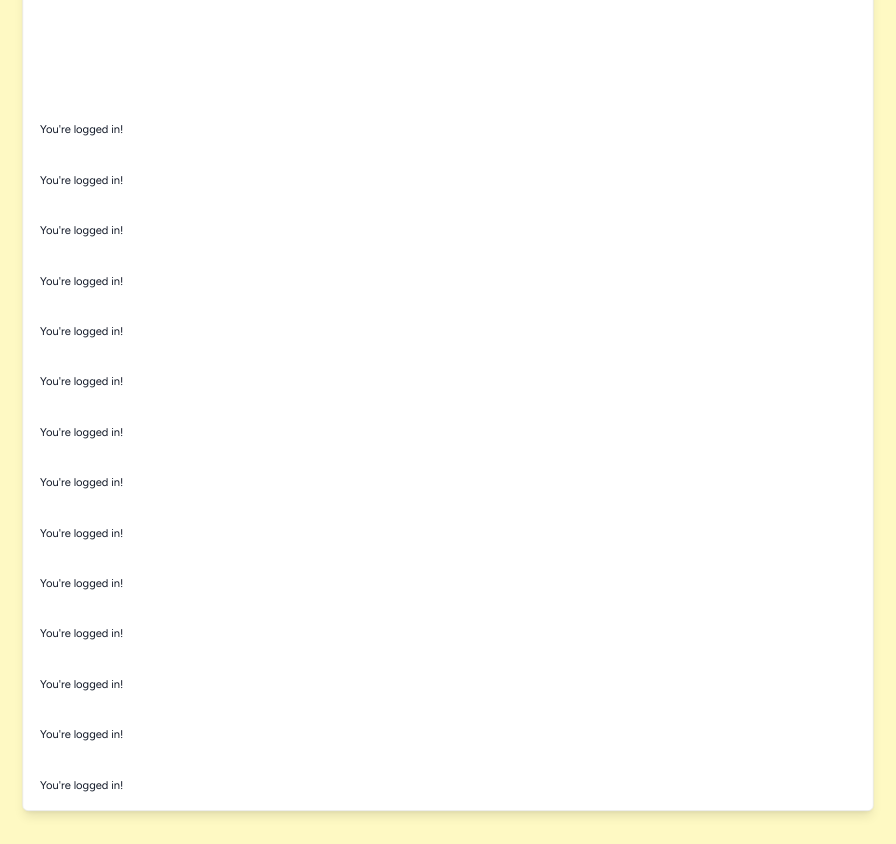
Repository: RudyAnconi/grocery
Page: resources/views/dashboard.blade.php
The author's editor kept a copy of each file at every save. The page is drawn from the files as they stood at one save, then again after the next save.
The browser window is 1280 px wide. The pictures show the part of the page from y = 652 to 2572 px (the page is 1858 px tall before and 5170 px after), at 70% of full size.
The page is served by the project's Laravel application, run on PHP 8.4 with Laravel 12. Style sheets and scripts are compiled from the project's sources, by tool versions that may differ from the author's. The template is opened directly, without the code that normally fills it, so the values that code supplies are empty.

Above is the page before, as saved 2024-06-07 20:43:10.

After the next save:
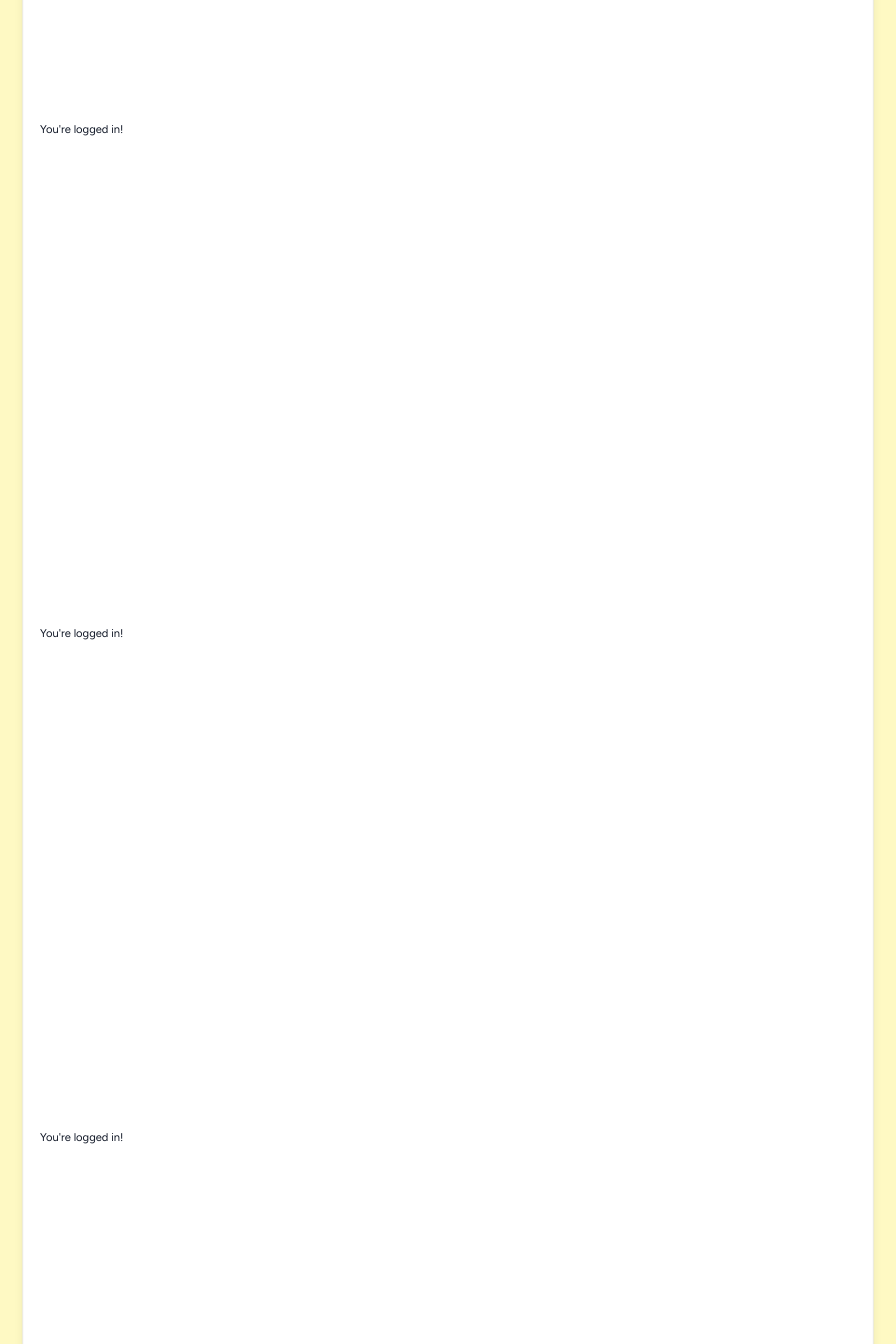
Saved 12 s later.
--- a/resources/views/dashboard.blade.php
+++ b/resources/views/dashboard.blade.php
@@ -11,46 +11,22 @@
                 <div class="p-6 text-gray-900 h-screen">
                     {{ __("You're logged in!") }}
                 </div>
-                <div class="p-6 text-gray-900">
+                <div class="p-6 text-gray-900 h-screen">
                     {{ __("You're logged in!") }}
                 </div>
-                <div class="p-6 text-gray-900">
+                <div class="p-6 text-gray-900 h-screen">
                     {{ __("You're logged in!") }}
                 </div>
-                <div class="p-6 text-gray-900">
+                <div class="p-6 text-gray-900 h-screen">
                     {{ __("You're logged in!") }}
                 </div>
-                <div class="p-6 text-gray-900">
+                <div class="p-6 text-gray-900 h-screen">
                     {{ __("You're logged in!") }}
                 </div>
-                <div class="p-6 text-gray-900">
+                <div class="p-6 text-gray-900 h-screen">
                     {{ __("You're logged in!") }}
                 </div>
-                <div class="p-6 text-gray-900">
-                    {{ __("You're logged in!") }}
-                </div>
-                <div class="p-6 text-gray-900">
-                    {{ __("You're logged in!") }}
-                </div>
-                <div class="p-6 text-gray-900">
-                    {{ __("You're logged in!") }}
-                </div>
-                <div class="p-6 text-gray-900">
-                    {{ __("You're logged in!") }}
-                </div>
-                <div class="p-6 text-gray-900">
-                    {{ __("You're logged in!") }}
-                </div>
-                <div class="p-6 text-gray-900">
-                    {{ __("You're logged in!") }}
-                </div>
-                <div class="p-6 text-gray-900">
-                    {{ __("You're logged in!") }}
-                </div>
-                <div class="p-6 text-gray-900">
-                    {{ __("You're logged in!") }}
-                </div>
-                <div class="p-6 text-gray-900">
+                <div class="p-6 text-gray-900 h-screen">
                     {{ __("You're logged in!") }}
                 </div>
             </div>
